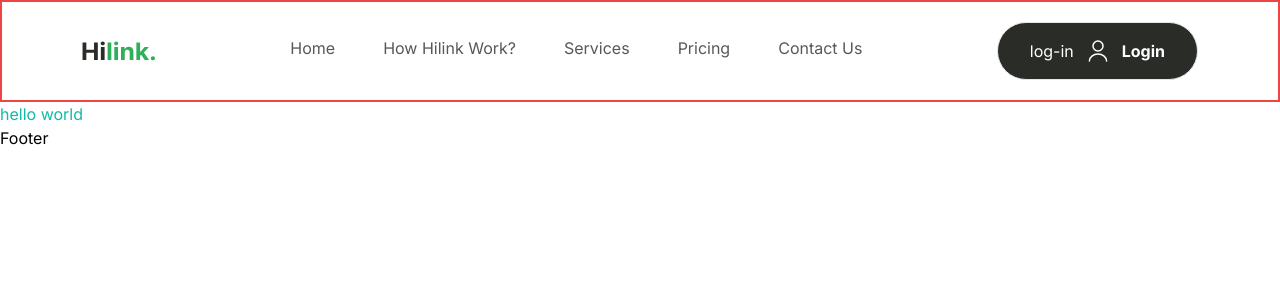
Repository: tarun4141/travel-app
Page: /
An editor plug-in stored every save of this project. The page is shown before and after a run of saves, followed by the edit.
The browser window is 1280 px wide. The pictures show the whole page.
The project was rebuilt for these pictures with package versions that can differ from the ones it lists, and the page was loaded fresh each time. The framework's server and built-in components were replaced by stand-ins that run in the browser. Also part of the build but not shown: next.config.mjs.

Above is the page before, as saved 2024-06-23 02:11:09.

After the next 3 saves:
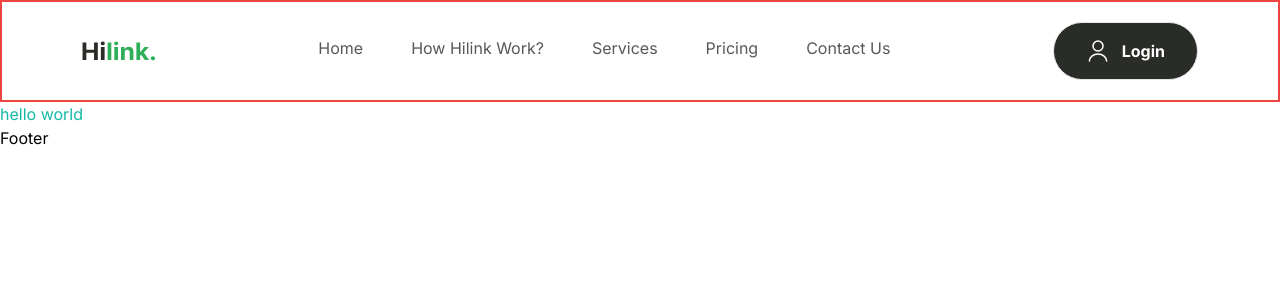
The 3 saves are shown as one change because they came seconds apart.
The last was saved 11 s later.
--- a/components/Button.tsx
+++ b/components/Button.tsx
@@ -14,7 +14,7 @@ const Button = ({type,title,icon,variant}:ButtonProps) => {
     className={`flexCenter gap-3 rounded-full border ${variant}`}
 
     type={type}>
-        log-in
+
         {icon && <Image src={icon} alt={title} width={24} height={24} />}
    <label className="bold-16 whitespace-nowrap">{title}</label>
 
